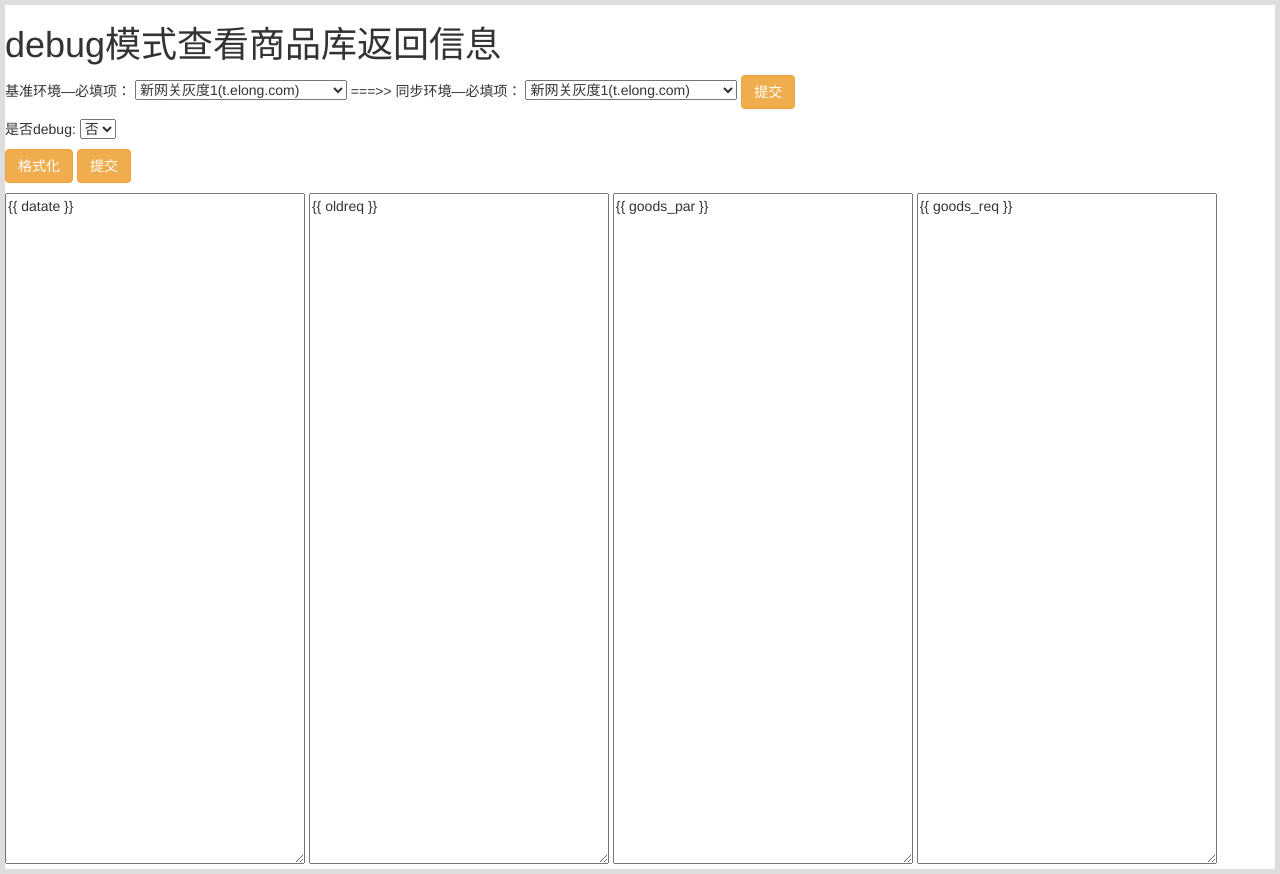
Repository: wangyanqing666/study
Page: other.html
These files come from the project's save history. The page is drawn as it stood at one moment and after the next save; the edit follows.
The browser window is 1280 px wide. The pictures show the whole page.

Above is the page before, as saved 2020-09-28 13:59:29.

After the next save:
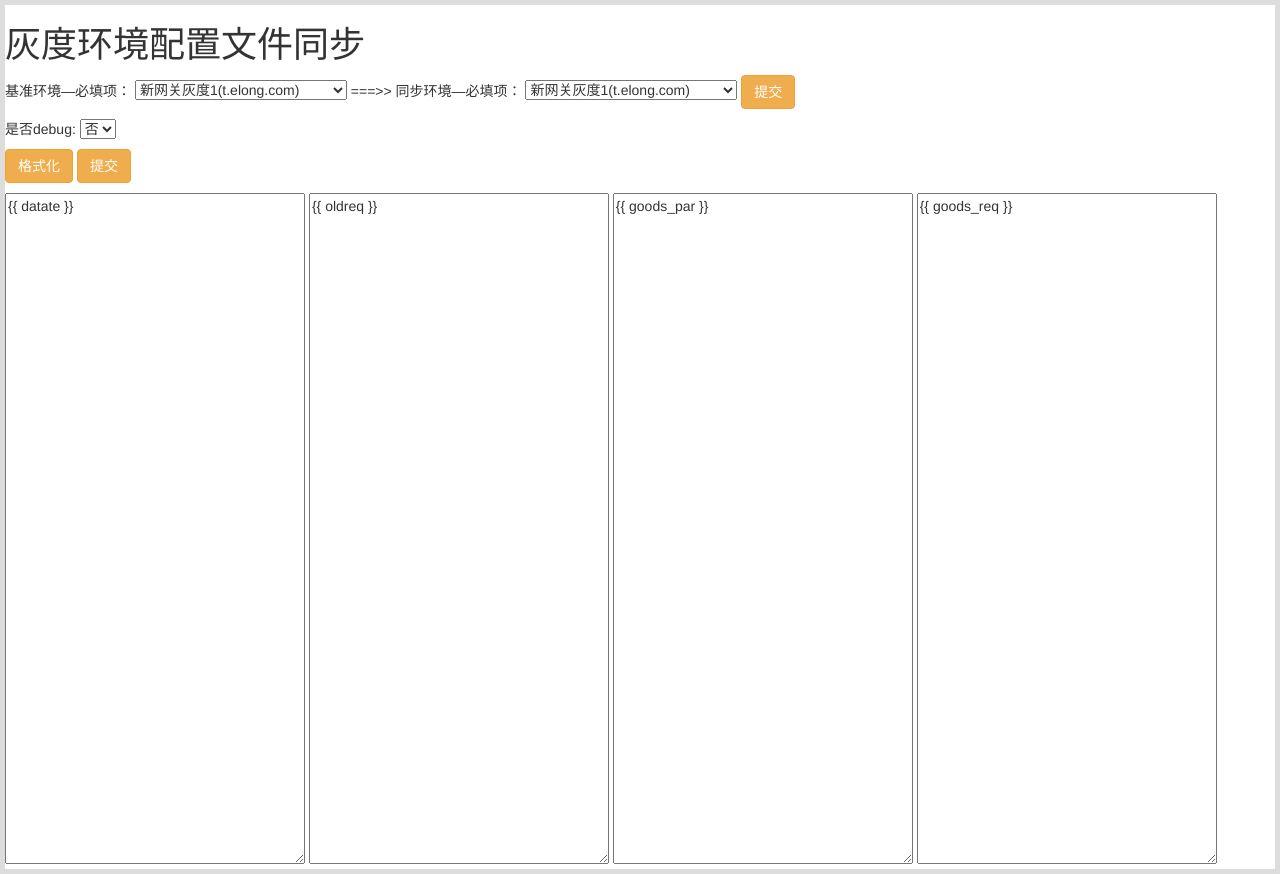
Saved 44 s later.
--- a/other.html
+++ b/other.html
@@ -118,7 +118,7 @@
 
 <body>
     <div style="border:5px solid #ddd;">
-        <h1>debug模式查看商品库返回信息</h1>
+        <h1>灰度环境配置文件同步</h1>
         <div>
             <h5>
                 <span>基准环境—必填项：</span>
